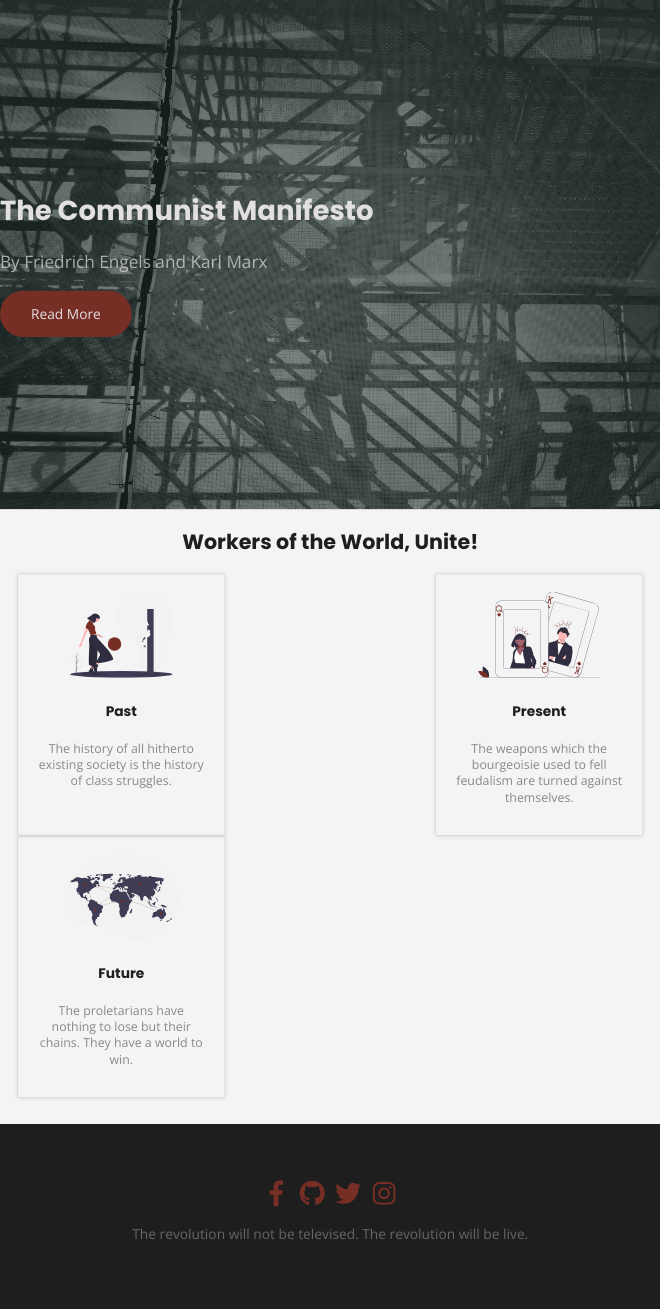
Repository: eaang/landing
Page: index.html
The author's editor kept a copy of each file at every save. The page is drawn from the files as they stood at one save, then again after a run of saves.
The browser window is 768 px wide. The pictures show the whole page, at 86% of full size.
Some web libraries are served in a nearby version.

Above is the page before, as saved 2020-06-10 16:57:37.

### index.html
<!DOCTYPE html>
<html>
  <head>
    <meta charset="UTF-8" />
    <title>The Communist Manifesto</title>
    <link rel="shortcut icon" href="data:[embedded picture, 18 characters]" type="image/x-icon" />
    <!-- We need this line below for responsiveness! -->
    <meta name="viewport" content="width=device-width, initial-scale=1" />
    <link rel="stylesheet" href="css/style.css" />
  </head>
  <body>
    <!-- code a Hero / Banner section -->
    <div class="banner">
      <div class="container">
        <h1>The Communist Manifesto</h1>
        <p>By Friedrich Engels and Karl Marx</p>
        <a class="btn-primary" href="#">Read More</a>
      </div>
    </div>
    <!-- code a "How it works" section -->
    <div class="container">
      <h2 class="text-center">Workers of the World, Unite!</h2>
      <div class="cards">
        <div class="card">
          <img src="images/struggle.svg" alt="" />
          <h4>Past</h4>
          <p>
            The history of all hitherto existing society is the history of class
            struggles.
          </p>
        </div>

        <div class="card">
          <img src="images/feudal.svg" alt="" />
          <h4>Present</h4>
          <p>
            The weapons which the bourgeoisie used to fell feudalism are turned
            against themselves.
          </p>
        </div>

        <div class="card">
          <img src="images/future.svg" alt="" />
          <h4>Future</h4>
          <p>
            The proletarians have nothing to lose but their chains. They have a
            world to win.
          </p>
        </div>
      </div>
    </div>
    <!-- code a footer -->
    <div class="footer">
      <div class="links">
        <a href="#"><i class="fab fa-fw fa-facebook-f"></i></a>
        <a href="#"><i class="fab fa-fw fa-github"></i></a>
        <a href="#"><i class="fab fa-fw fa-twitter"></i></a>
        <a href="#"><i class="fab fa-fw fa-instagram"></i></a>
        <p>
          The revolution will not be televised. The revolution will be live.
        </p>
      </div>
    </div>
  </body>
</html>

### css/style.css
/* Fonts */
@import url("https://fonts.googleapis.com/css?family=Open+Sans:400,700|Poppins:700");

/* Fontawesome */
@import url("https://use.fontawesome.com/releases/v5.6.3/css/all.css");

/* Utilities */
body {
  margin: 0;
  font-family: Open Sans;
  background-color: #f5f4f5;
  color: #1f1e1f;
}

h1,
h2,
h3,
h4 {
  font-family: Poppins;
}

a {
  text-decoration: none;
}

.text-center {
  text-align: center;
}
/* Custom design below! */
.container {
  max-width: 900px;
  margin: auto;
}

/* Banner design */
.banner:before {
  content: " ";
  display: block;
  position: absolute;
  left: 0;
  top: 0;
  width: 100%;
  height: 100%;
  z-index: 1;
  opacity: 0.4;
  background-image: url("../images/background.jpg");
  background-repeat: no-repeat;
  background-position: 50% 0;
  -ms-background-size: cover;
  -o-background-size: cover;
  -moz-background-size: cover;
  -webkit-background-size: cover;
  background-size: cover;
}
.banner {
  position: relative;
  background: #203130;
  overflow: hidden;
  padding: 200px 0;
}
.banner h1 {
  position: relative;
  z-index: 2;
  color: #e1dfe1;
}
.banner p {
  position: relative;
  z-index: 2;
  color: #e1dfe1;
  opacity: 0.7;
  font-size: 20px;
}
.btn-primary {
  position: relative;
  z-index: 2;
  display: inline-block;
  background-color: #772e25;
  padding: 16px 36px;
  border-radius: 50px;
  color: #e1dfe1;
}

/* Cards design */
.cards {
  flex-wrap: wrap;
  display: flex;
  justify-content: space-between;
  margin-bottom: 30px;
}
.card {
  max-width: 200px;
  border-radius: 3px;
  box-shadow: 0 0 5px rgb(216, 212, 216);
  text-align: center;
  padding: 20px;
  border: 1px solid rgb(216, 212, 216);
}
.card img {
  height: 100px;
}
.card p {
  opacity: 0.5;
  font-size: 0.9em;
}

/* Footer design */
.footer {
  text-align: center;
  padding: 60px;
  background-color: #1f1e1f;
}
.footer a {
  font-size: 30px;
  color: #772e25;
}
.footer p {
  color: #686468;
}

/* Media Queries */

@media only screen and (max-width: 1000px) {
  .cards {
    display: flex;
    padding: 0px 10px 0px 10px;
  }
  .card {
    margin: 0 10px;
  }
}
@media only screen and (max-width: 830px) {
}

After the next 2 saves:
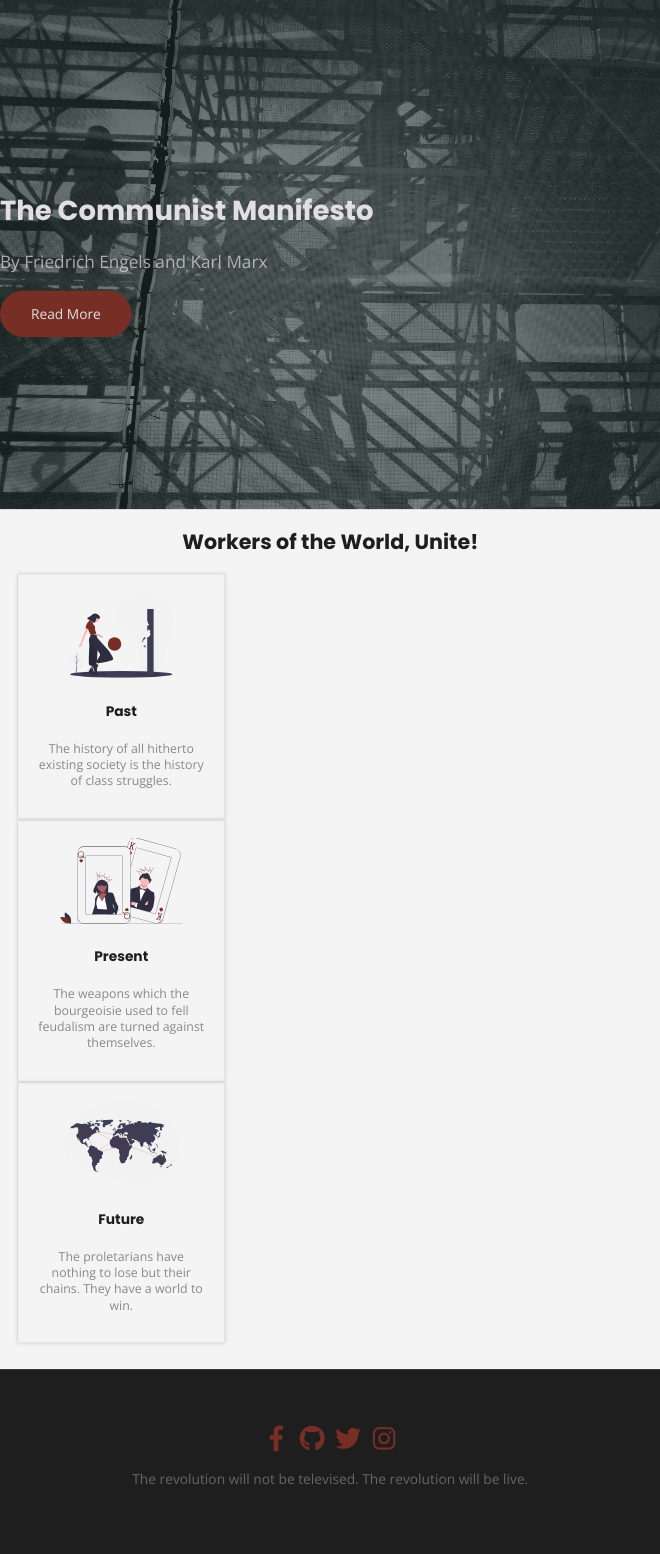
The 2 saves are shown as one change because they came seconds apart.
The last was saved 39 s later.
--- a/css/style.css
+++ b/css/style.css
@@ -121,7 +121,6 @@ a {
 
 @media only screen and (max-width: 1000px) {
   .cards {
-    display: flex;
     padding: 0px 10px 0px 10px;
   }
   .card {
@@ -129,4 +128,7 @@ a {
   }
 }
 @media only screen and (max-width: 830px) {
+  .cards {
+    flex-direction: column;
+  }
 }
